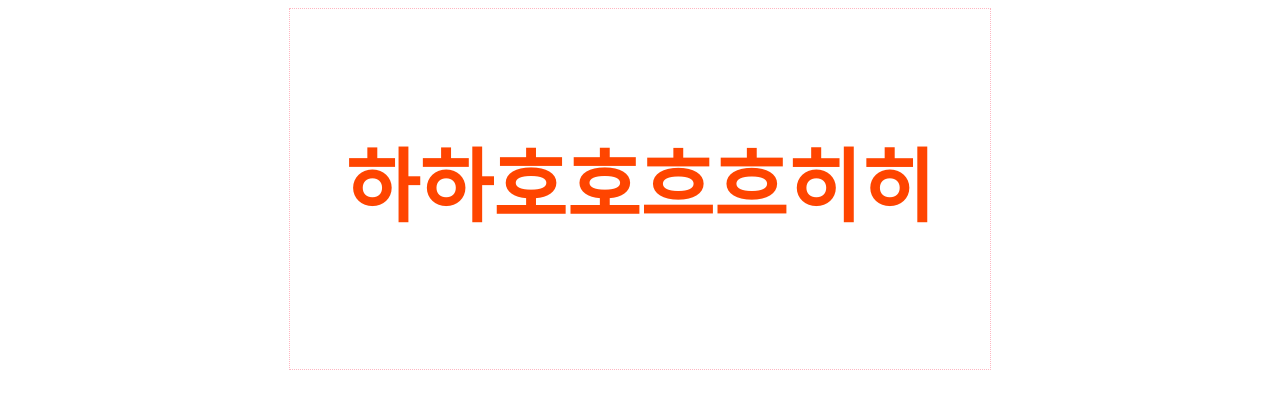
Repository: whgdkfk/web-workspace
Page: BurgerKingProject/src/main/webapp/index.html
These files come from the project's save history. The page is drawn as it stood at one moment and after the next save; the edit follows.
The browser window is 1280 px wide. The pictures show the whole page.

Above is the page before, as saved 2025-03-07 05:27:58.

After the next save:
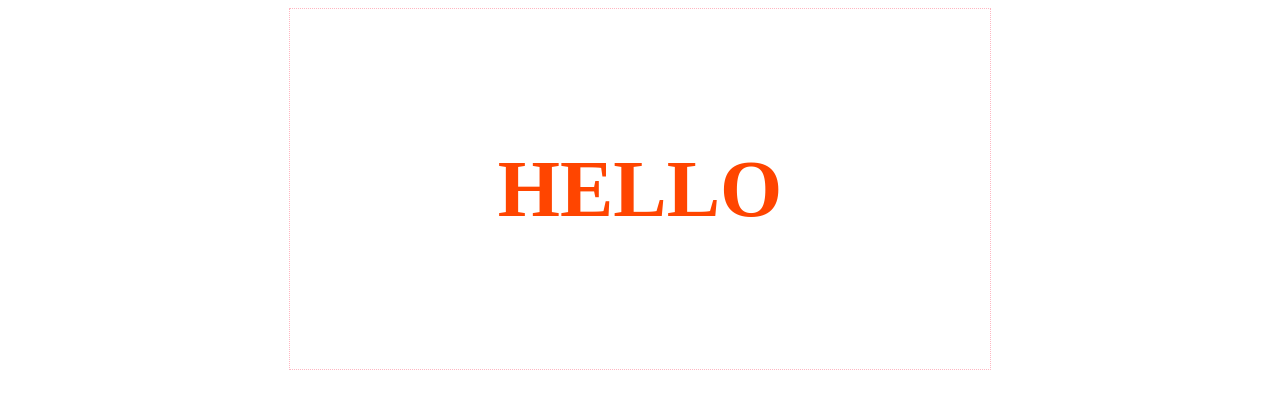
Saved 50 s later.
--- a/BurgerKingProject/src/main/webapp/index.html
+++ b/BurgerKingProject/src/main/webapp/index.html
@@ -17,6 +17,6 @@
 </style>
 </head>
 <body>
-	<h1>하하호호흐흐히히</h1>
+	<h1>HELLO</h1>
 </body>
 </html>
